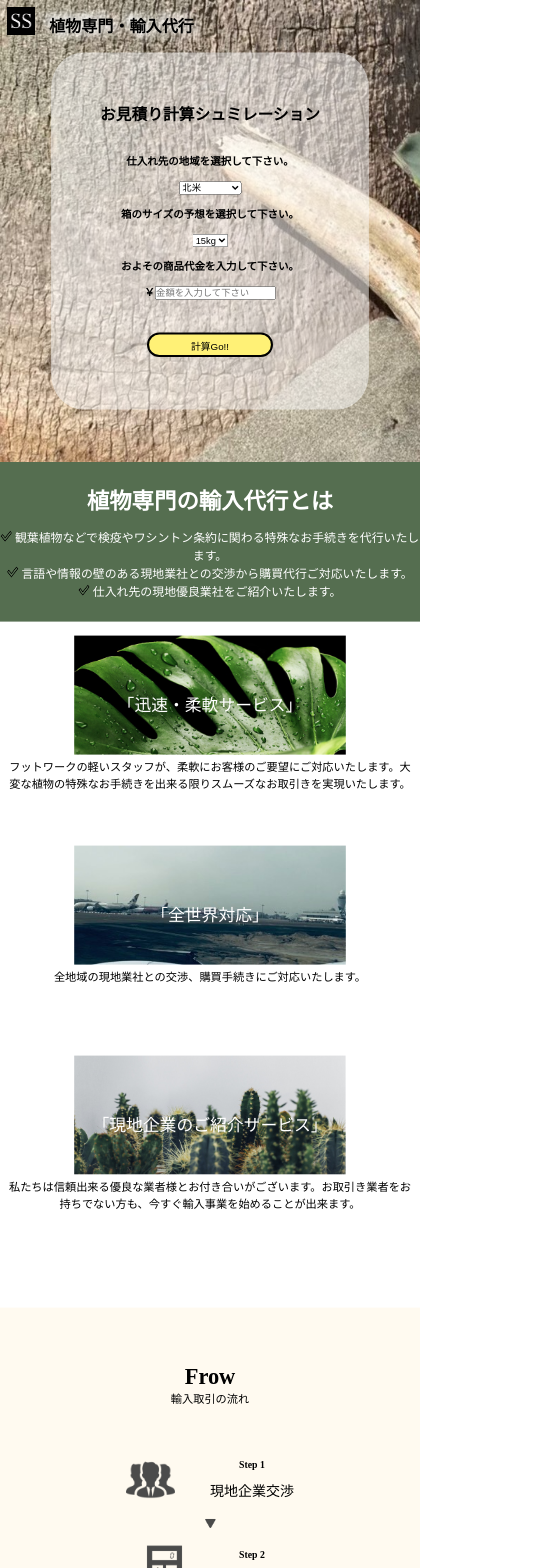
Repository: Seiya00002/seeds-surf-lp
Page: index.html
The author's editor kept a copy of each file at every save. The page is drawn from the files as they stood at one save, then again after the next save.
The browser window is 600 px wide. The page is 650 px wide, then 794 px, then 650 px, so the pictures cover 794 px, including what lies to the right of the window. The pictures show the part of the page from y = 0 to 2240 px (the page is 4958 px tall before and 4358 px after), at 70% of full size.

Above is the page before, as saved 2023-07-19 09:52:53.

After the next save:
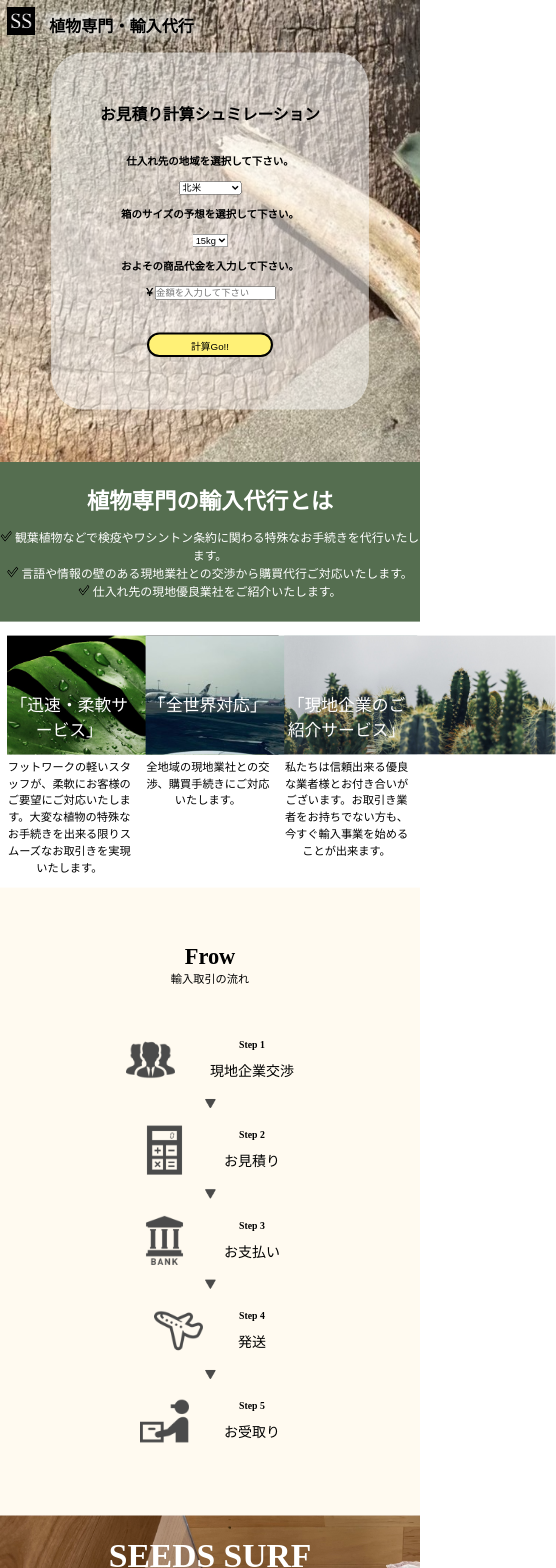
Saved 4 min 54 s later.
--- a/css/style.css
+++ b/css/style.css
@@ -142,13 +142,13 @@
 /* 要修正 */
 
 @media (max-width: 1000px) {
-    .project {
+    .container {
         width: 50%;
     }
 }
 
 @media (max-width: 670px) {
-    .project {
+    .container {
         width: 100%;
     }
 }

After the 3 saves that followed:
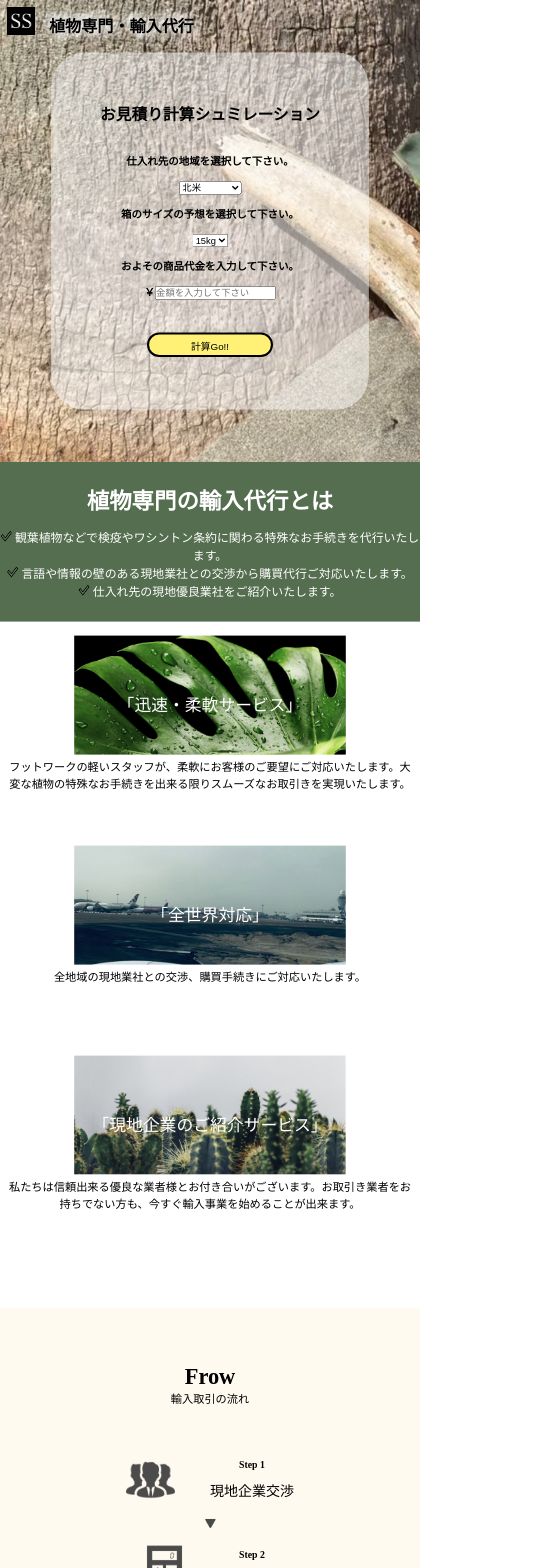
The 3 saves are shown as one change because 2 left the picture as it was.
The last was saved 4 min 18 s later.
--- a/css/style.css
+++ b/css/style.css
@@ -139,19 +139,7 @@
 
 }
 
-/* 要修正 */
-
-@media (max-width: 1000px) {
-    .container {
-        width: 50%;
-    }
-}
-
-@media (max-width: 670px) {
-    .container {
-        width: 100%;
-    }
-}
+
 
 .clear {
     clear: left;
@@ -482,19 +470,14 @@
   }
 
 
-
-/*
-@media screen and (max-width:768px) {
-  .slide-pic{
-    height: 250px;
-  }
-    .disc{
-        padding-top:5%;
+@media (max-width: 1000px) {
+    .project {
+        width: 50%;
     }
-    .next{
-        top: 30px;
+}
+
+@media (max-width: 670px) {
+    .project {
+        width: 100%;
     }
-    .back{
-        top: 30px;
-    }
-} */
+}
